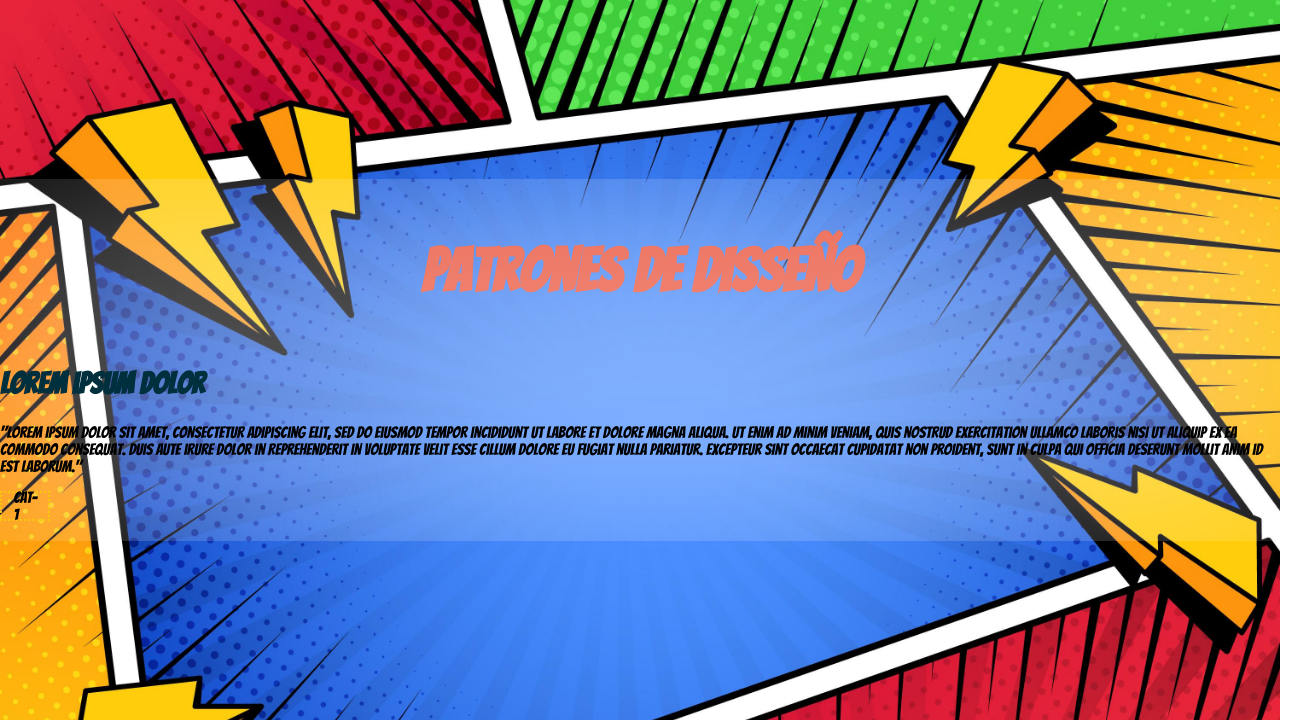
Repository: nrsWebs/design-pattern-es
Page: index.html
The author's editor kept a copy of each file at every save. The page is drawn from the files as they stood at one save, then again after the next save.
The browser window is 1280 px wide. The page is 1300 px wide, so the pictures cover 1300 px, including what lies to the right of the window. The pictures show the whole page.

Above is the page before, as saved 2021-02-06 19:56:15.

### index.html
<!DOCTYPE html>
<html>
<head>
<script src="https://ajax.googleapis.com/ajax/libs/jquery/3.5.1/jquery.min.js"></script>
<link rel="stylesheet" href="source/main.css">
<link href='https://fonts.googleapis.com/css?family=Bangers' rel='stylesheet'>
</head>
<body>
    <div class="main-content">
        <div id="general" class="box">
            <div class="glass"></div>
            <h1>Patrones de disseño</h1>
            <div class="information">
                <h2>Lorem ipsum dolor</h2>
                <p>"Lorem ipsum dolor sit amet, consectetur adipiscing elit, sed do eiusmod tempor incididunt ut labore et dolore magna aliqua. Ut enim ad minim veniam, quis nostrud exercitation ullamco laboris nisi ut aliquip ex ea commodo consequat. Duis aute irure dolor in reprehenderit in voluptate velit esse cillum dolore eu fugiat nulla pariatur. Excepteur sint occaecat cupidatat non proident, sunt in culpa qui officia deserunt mollit anim id est laborum."</p>
                <div class="button linker" data-link="cat-1">
                    <div class="text">CAT-1</div>
                </div>
            </div>
        </div>
        <div id="cat-1" class="box no-opacity hidden-container">
            <div class="glass"></div>
            <h1>Patrones de disseño test</h1>
            <div class="information">
                <h2>Lorem ipsum dolor</h2>
                <p>"Lorem ipsum dolor sit amet, consectetur adipiscing elit, sed do eiusmod tempor incididunt ut labore et dolore magna aliqua. Ut enim ad minim veniam, quis nostrud exercitation ullamco laboris nisi ut aliquip ex ea commodo consequat. Duis aute irure dolor in reprehenderit in voluptate velit esse cillum dolore eu fugiat nulla pariatur. Excepteur sint occaecat cupidatat non proident, sunt in culpa qui officia deserunt mollit anim id est laborum."</p>
                <div class="button linker" data-link="general">
                    <div class="text">HOME</div>
                </div>
            </div>
        </div>
    </div>
</body>
<footer>
    <a class="hidden-container" href="https://www.freepik.es/vectores/fondo">Vector de Fondo creado por coolvector - www.freepik.es</a>
</footer>
<script>
    jQuery('.linker').on('click', function() {
        var nextid = jQuery(this).data('link');
        //hide
        jQuery(this).closest('.box').animate({opacity: '0'}, 200, function() {
            jQuery(this).closest('.box').addClass('hidden-container');
        });
        //Show
        jQuery('#'+nextid).removeClass('hidden-container');
        jQuery('#'+nextid).animate({opacity: '0.5'}, 200);
        jQuery('#'+nextid).animate({opacity: '1'}, 200);
    });
</script>
</html>

### source/main.css
:root {
    --main: #000;
    --secondary:  #E94F37;
    --auxiliar: #002F3D;
    --button: #F9C80E;
}
body .hidden-container{
    display: none;;
}
body .no-opacity{
    opacity: 0;
}
body {
    background-image: url('./images/4845746.jpg');
     background-repeat: no-repeat;
    background-attachment: fixed;
    background-size: cover;
    display: flex;
    justify-content: center;
    width: 100%;
    color: var(--main);
    font-family: 'Bangers';
}
.main-content{
    display: block;
    width: 100%;

}
h1{
    text-align: center;
    color: var(--secondary);
    font-size: 60px;
}
h2{
    color: var(--auxiliar);
    font-size: 30px;
}
.box {
    display: flex;
    flex-direction: column;
    justify-content: space-around;
    width: 100%;
    max-width: 1440px;
    padding: 20px;
    position: absolute;
    top: 50%;
    left: 50%;
    transform: translate(-50%, -50%);
    overflow: hidden;
    border-radius: 10px;
}
.box .information{
    z-index: 99;
}
.button {
    box-sizing: border-box;
    border: 2px dotted var(--button);
    width: 50px;
    height: 30px;
    padding: 10px;
    position: relative;
}
.button .text{
    position: absolute;
    top: 50%;
    left: 50%;
    transform: translate(-50%, -50%);
}
/* GLASS EFFECT */
.glass{
    background: inherit;
    width: 100%;
    height: 100%;
}
.glass:before {
    content: '';
    width: 100%;
    height: 100%;
    background: inherit;
    position: absolute;
    left: 0;
    right: 0;
    top: 0;
    bottom: 0;
    box-shadow: inset 0 0 0 200px rgba(255,255,255,0.3);
    filter: blur(90px);
    border-radius: 5px;
}

After the next save:
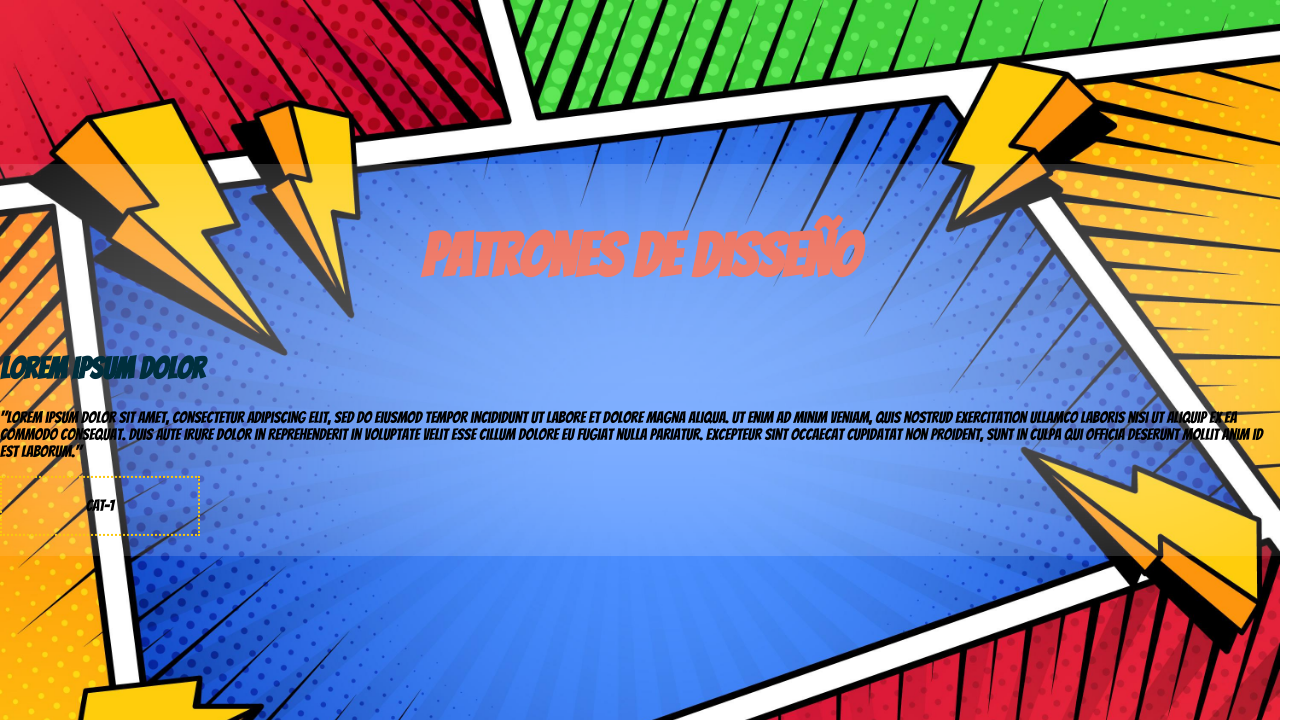
Saved 30 s later.
--- a/source/main.css
+++ b/source/main.css
@@ -55,8 +55,8 @@ h2{
 .button {
     box-sizing: border-box;
     border: 2px dotted var(--button);
-    width: 50px;
-    height: 30px;
+    width: 200px;
+    height: 60px;
     padding: 10px;
     position: relative;
 }
